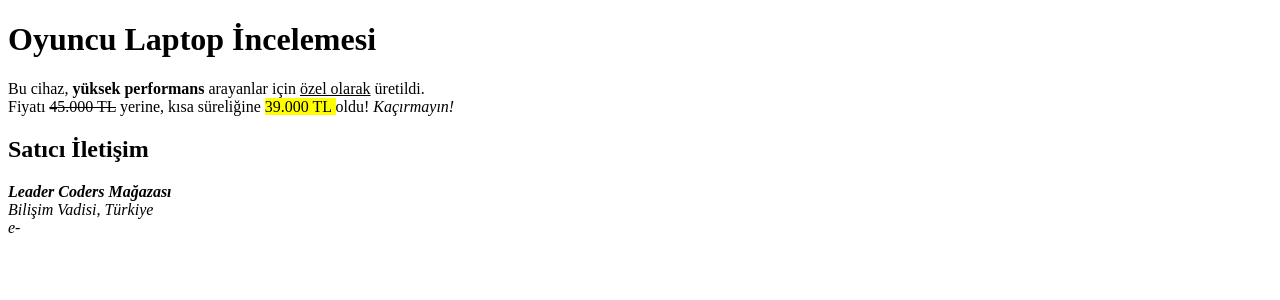
Repository: BeritanBlgn/web-yazilim-muhendisligi
Page: Modul_1/Ders_3/1.3.6_gorev2.html
These files come from the project's save history. The page is drawn as it stood at one moment and after a run of saves; the edit follows.
The browser window is 1280 px wide. The pictures show the whole page.

Above is the page before, as saved 2026-10-09 22:35:43.

### Modul_1/Ders_3/1.3.6_gorev2.html
<!DOCTYPE html>
<html lang="tr">
<head>
    <meta charset="UTF-8">
    <meta name="viewport" content="width=device-width, initial-scale=1.0">
    <title>Document</title>
</head>
<body>
    <h1>
        Oyuncu Laptop İncelemesi
    </h1>
    <p>
        Bu cihaz, <strong>yüksek performans</strong> arayanlar için
        <u>özel olarak</u> üretildi. <br>
        Fiyatı <del>45.000 TL</del> yerine, kısa süreliğine <mark>
            39.000 TL </mark>oldu! <em>Kaçırmayın!</em>
    </p>
    <h2>Satıcı İletişim</h2>
    <address>
        <strong>
            Leader Coders Mağazası
        </strong> <br>
        Bilişim Vadisi, Türkiye <br>
        e-
    </address>
 </body>
</html>

After the next 7 saves:
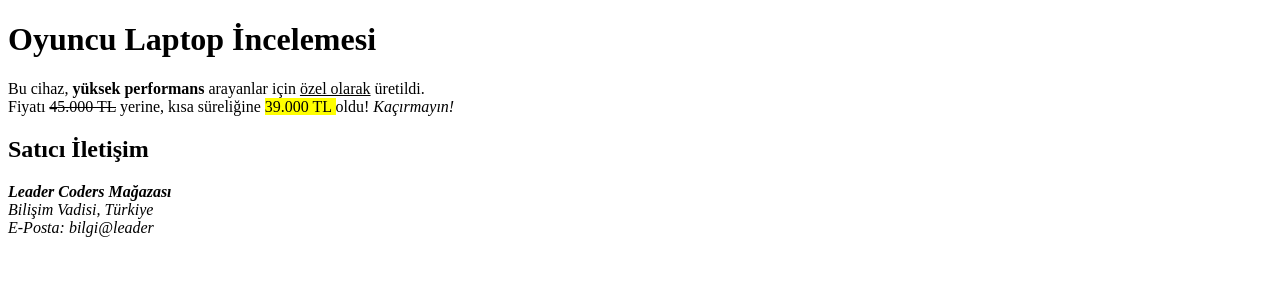
The 7 saves are shown as one change because they came seconds apart.
The last was saved 20 s later.
--- a/Modul_1/Ders_3/1.3.6_gorev2.html
+++ b/Modul_1/Ders_3/1.3.6_gorev2.html
@@ -21,7 +21,7 @@
             Leader Coders Mağazası
         </strong> <br>
         Bilişim Vadisi, Türkiye <br>
-        e-
+        E-Posta: bilgi@leader
     </address>
  </body>
 </html>
